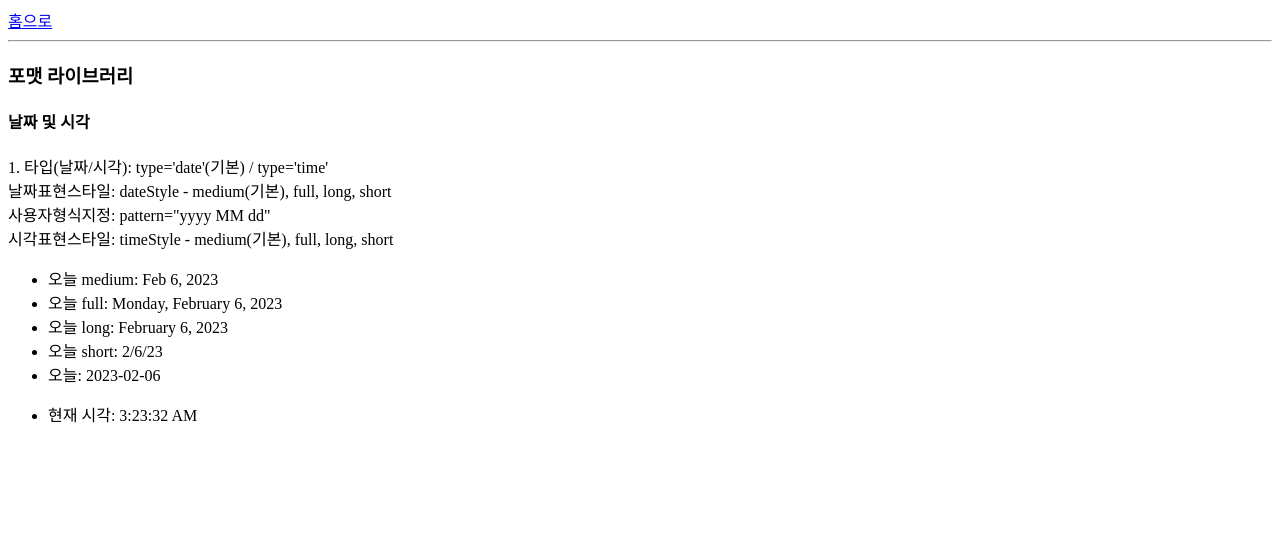
Repository: linklifejo/study_web
Page: http://localhost/servlet02/jstl/format.jsp
These files come from the project's save history. The page is drawn as it stood at one moment and after the next save; the edit follows.
The browser window is 1280 px wide. The pictures show the whole page.
The page is served by Tomcat 9. Other server files are loaded and not shown.

Above is the page before, as saved 2023-02-08 02:34:33.

### servlet02/src/main/webapp/jstl/format.jsp
<%@ page language="java" contentType="text/html; charset=UTF-8"
    pageEncoding="UTF-8"%>
<%@ taglib uri="http://java.sun.com/jsp/jstl/core" prefix="c"%>
<%@ taglib uri="http://java.sun.com/jsp/jstl/fmt" prefix="fmt"%>
<!DOCTYPE html>
<html>
<head>
<meta charset="UTF-8">
<title>Insert title here</title>
</head>
<body>
<a href='<c:url value="/"/>'>홈으로</a>
<hr>
<h3>포맷 라이브러리</h3>
<h4>날짜 및 시각</h4>
<div>1. 타입(날짜/시각): type='date'(기본) / type='time'</div>
<div>   날짜표현스타일: dateStyle - medium(기본), full, long, short</div>
<div>   사용자형식지정: pattern="yyyy MM dd"</div>
<div>   시각표현스타일: timeStyle - medium(기본), full, long, short</div>
<c:set var='today' value='<%=new java.util.Date() %>'/>
<ul>
	<li>오늘 medium: <fmt:formatDate value="${today}" type='date' dateStyle="medium"/> </li>
	<li>오늘 full: <fmt:formatDate value="${today}" type='date' dateStyle="full"/> </li>
	<li>오늘 long: <fmt:formatDate value="${today}" type='date' dateStyle="long"/> </li>
	<li>오늘 short: <fmt:formatDate value="${today}" type='date' dateStyle="short"/> </li>
	<li>오늘: <fmt:formatDate value="${today}" pattern="yyyy-MM-dd"/></li>
</ul>
<ul>
	<li>현재 시각: <fmt:formatDate value="${today}" type='time' timeStyle='medium'/> </li>
</ul>












</body>
</html>

After the next save:
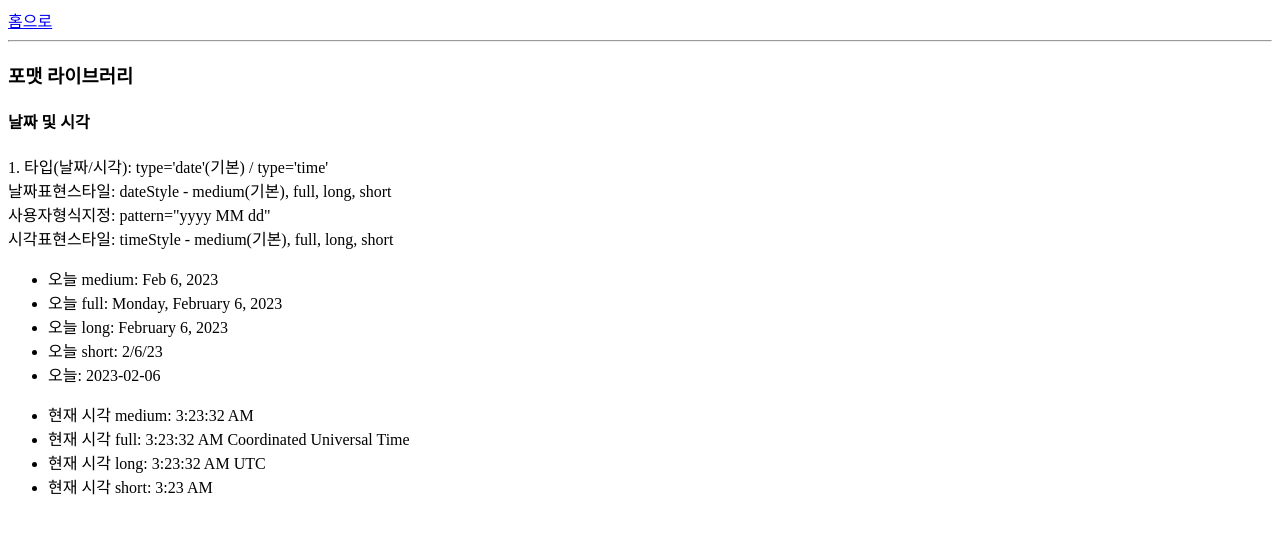
Saved 21 s later.
--- a/servlet02/src/main/webapp/jstl/format.jsp
+++ b/servlet02/src/main/webapp/jstl/format.jsp
@@ -26,7 +26,10 @@
 	<li>오늘: <fmt:formatDate value="${today}" pattern="yyyy-MM-dd"/></li>
 </ul>
 <ul>
-	<li>현재 시각: <fmt:formatDate value="${today}" type='time' timeStyle='medium'/> </li>
+	<li>현재 시각 medium: <fmt:formatDate value="${today}" type='time' timeStyle='medium'/> </li>
+	<li>현재 시각 full: <fmt:formatDate value="${today}" type='time' timeStyle='full'/> </li>
+	<li>현재 시각 long: <fmt:formatDate value="${today}" type='time' timeStyle='long'/> </li>
+	<li>현재 시각 short: <fmt:formatDate value="${today}" type='time' timeStyle='short'/> </li>
 </ul>
 
 
